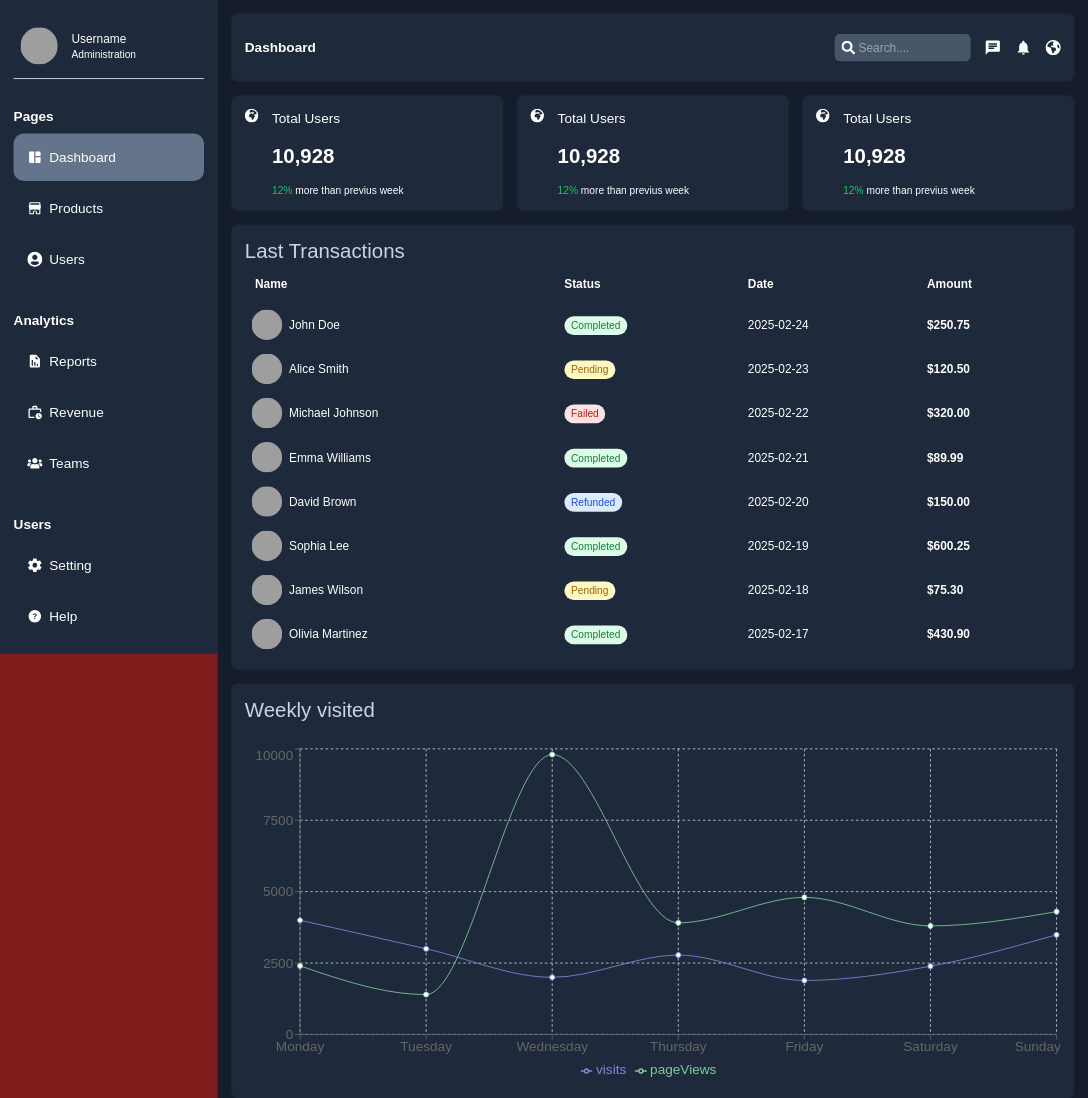
Repository: Than-sothearak/next-computer-admin
Page: /dashboard
The author's editor kept a copy of each file at every save. The page is drawn from the files as they stood at one save, then again after the next save.
The browser window is 1280 px wide. The pictures show the whole page, at 85% of full size.
Pictures or frames that could not be fetched are drawn as grey boxes. The project was rebuilt for these pictures with package versions that can differ from the ones it lists, and the page was loaded fresh each time. The framework's server and built-in components were replaced by stand-ins that run in the browser. Also part of the build but not shown: next.config.mjs.

Above is the page before, as saved 2025-02-24 23:14:00.

After the next save:
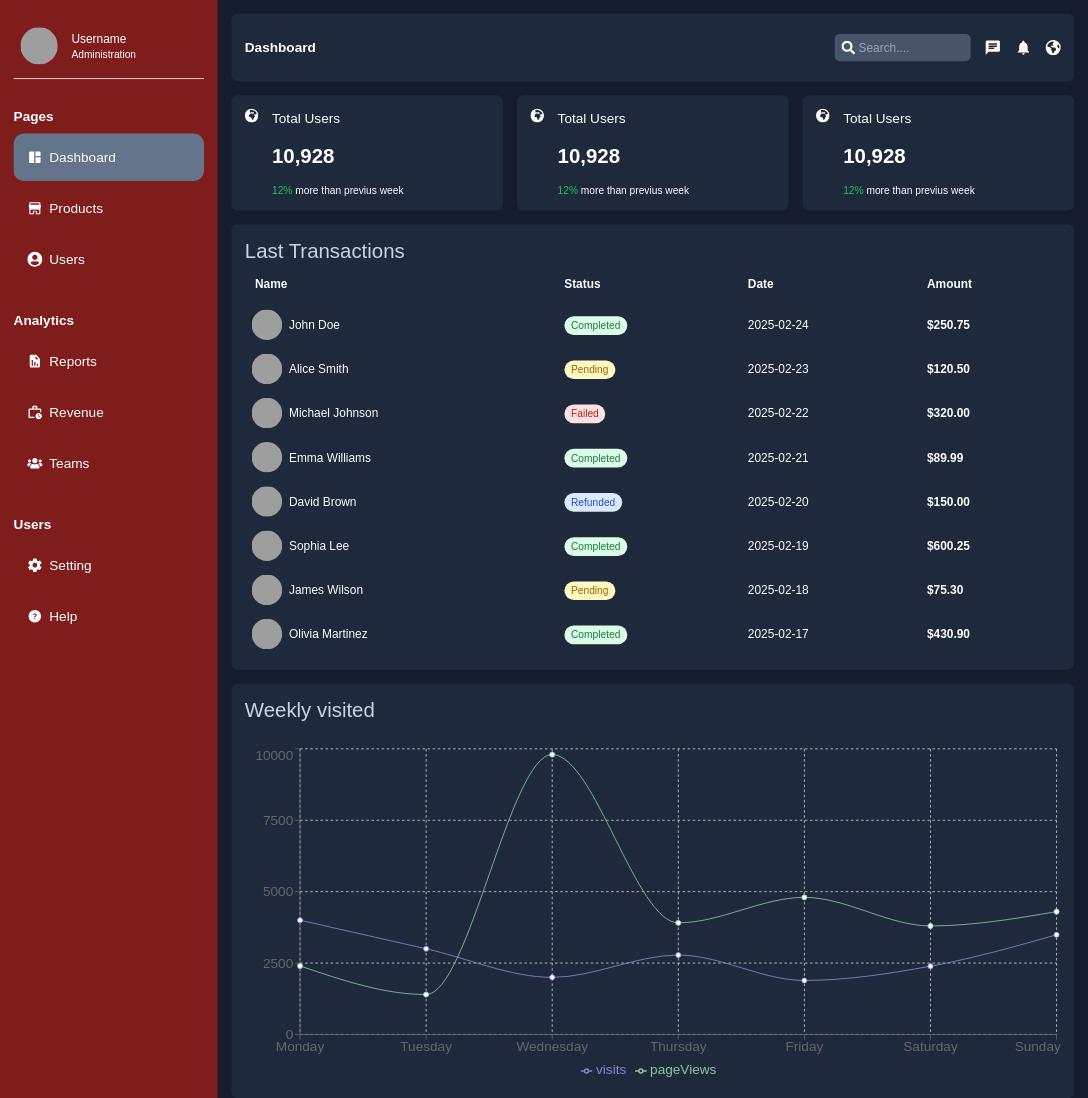
Saved 32 s later.
--- a/components/dashboard/sidebar/sidebar.js
+++ b/components/dashboard/sidebar/sidebar.js
@@ -30,7 +30,7 @@ export const Sidebar = () => {
 
 
       <div
-        className={`bg-slate-800 p-4 w-64 min-h-screen fixed top-0 left-0 z-50 transform transition-transform duration-300 ease-in-out
+        className={` p-4 w-64 min-h-screen fixed top-0 left-0 z-50 transform transition-transform duration-300 ease-in-out
           ${isOpen ? "translate-x-0" : "-translate-x-full"} lg:translate-x-0 lg:static max-sm:w-full
         `}
       >
